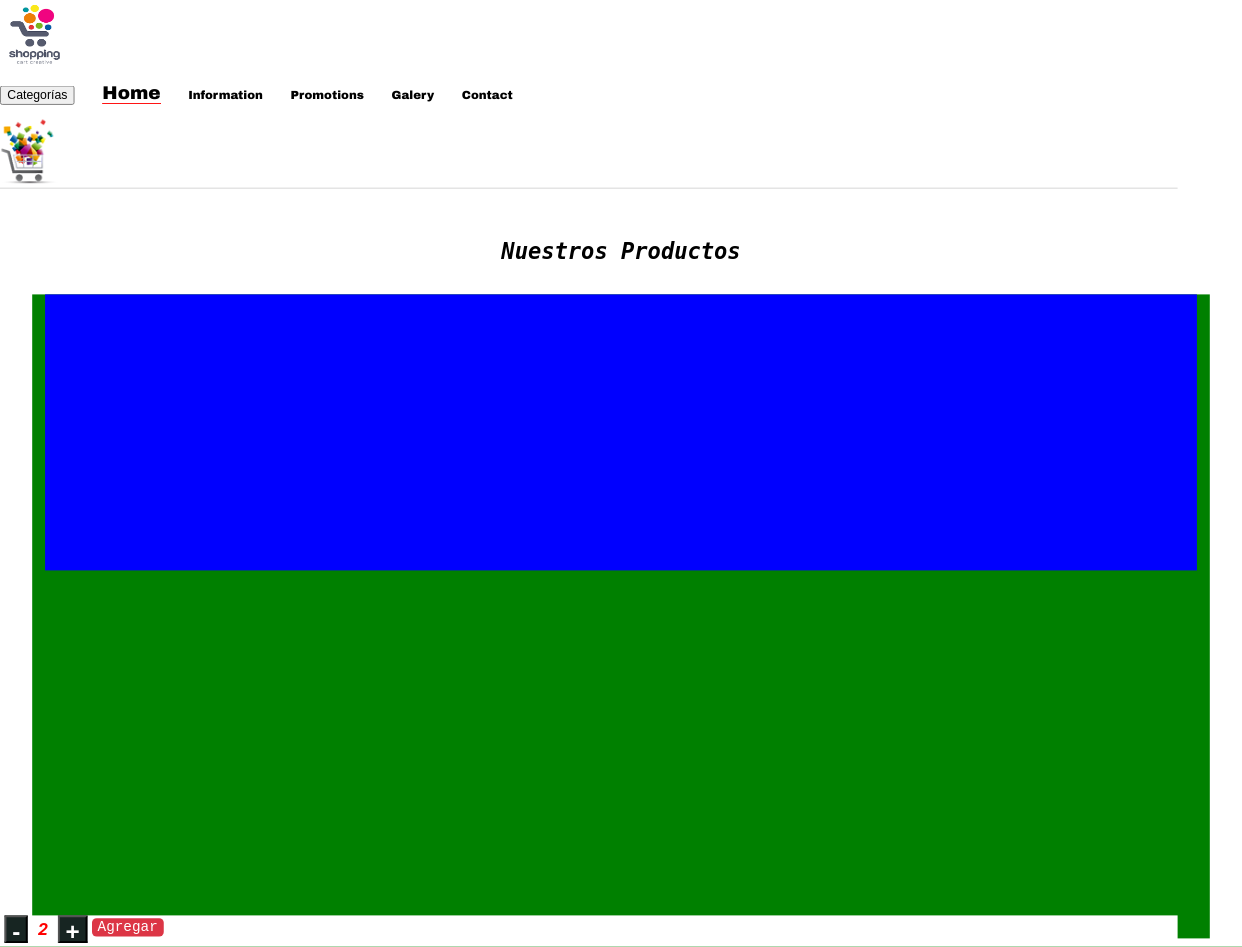
Repository: gustavomanuelquintana/CoderRepository
Page: / (app in cards-commers/)
The author's editor kept a copy of each file at every save. The page is drawn from the files as they stood at one save, then again after the next save.
The browser window is 1280 px wide. The page is 1350 px wide, so the pictures cover 1350 px, including what lies to the right of the window. The pictures show the whole page, at 92% of full size.
The project was rebuilt for these pictures with package versions that can differ from the ones it lists, and the page was loaded fresh each time.

Above is the page before, as saved 2020-10-31 14:05:19.

After the next save:
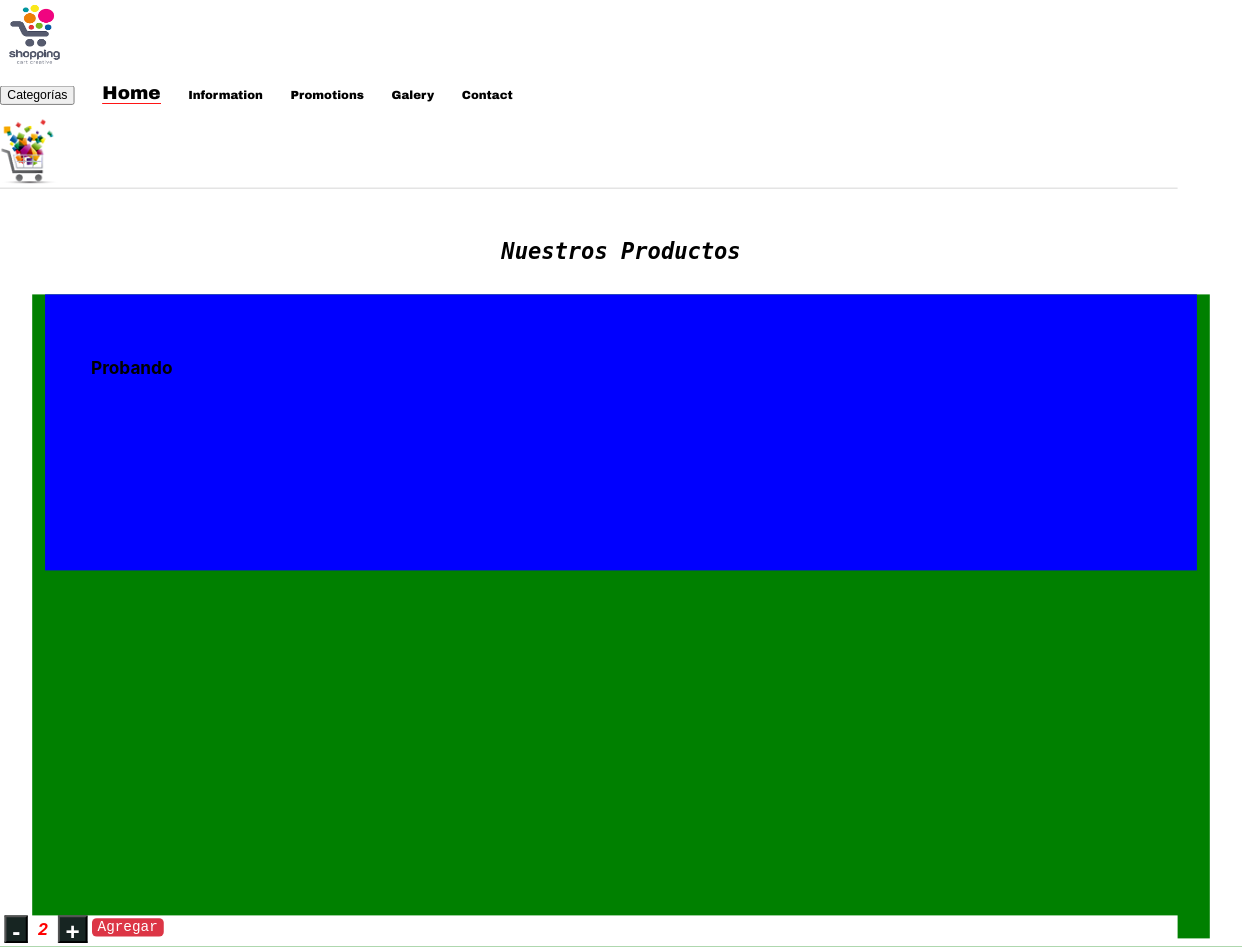
Saved 15 s later.
--- a/cards-commers/src/Components/ItemListContainer/Item/Item.js
+++ b/cards-commers/src/Components/ItemListContainer/Item/Item.js
@@ -3,7 +3,7 @@ import './Item.css'
 
 function Item(){
     return <div className="Item">
-
+        <h3>Probando</h3>
     </div>
 
 }
